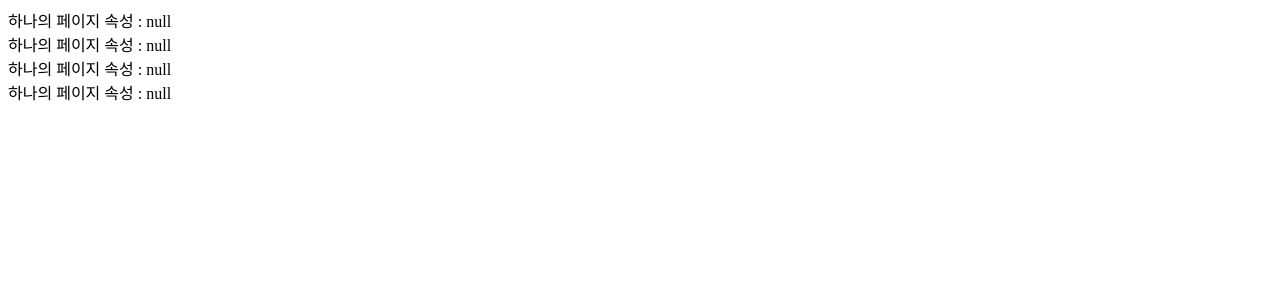
Repository: y0y00700/Jsp_study
Page: http://localhost/web-Practice/inbededObject/secondPage.jsp
These files come from the project's save history. The page is drawn as it stood at one moment and after the next save; the edit follows.
The browser window is 1280 px wide. The pictures show the whole page.
The page is served by Tomcat 9. The template is opened directly, without the code that normally fills it, so the values that code supplies are empty.

Above is the page before, as saved 2024-09-21 12:23:18.

After the next save:
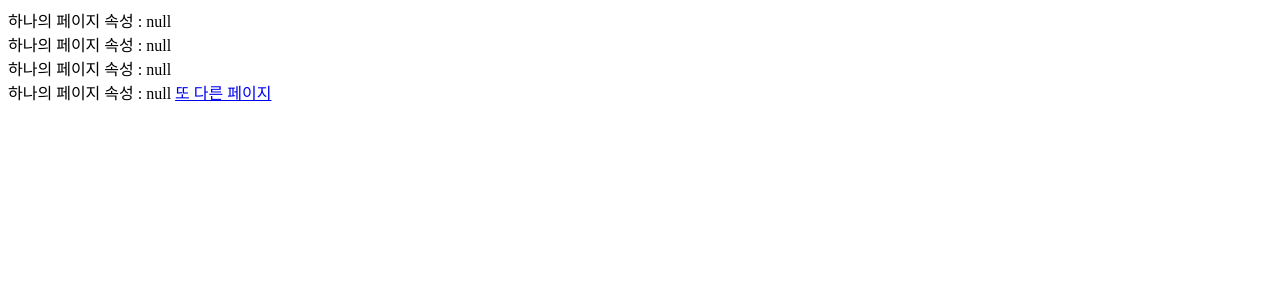
Saved 22 s later.
--- a/jsp_workspace/web-Practice/src/main/webapp/inbededObject/secondPage.jsp
+++ b/jsp_workspace/web-Practice/src/main/webapp/inbededObject/secondPage.jsp
@@ -11,5 +11,6 @@
 	하나의 페이지 속성 : <%= request.getAttribute("name") %> <br>
 	하나의 페이지 속성 : <%= session.getAttribute("name") %> <br>
 	하나의 페이지 속성 : <%= application.getAttribute("name") %>
+	<a href = "thirdPage.jsp"> 또 다른 페이지</a>
 </body>
 </html>
